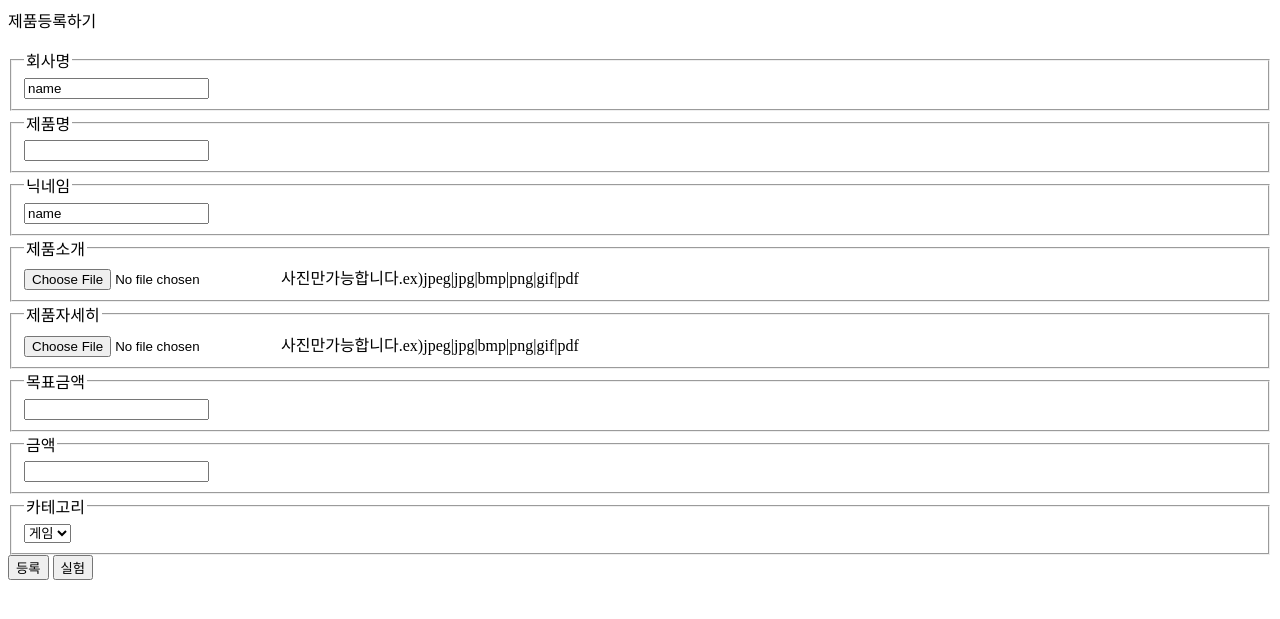
Repository: papahihi/barndus
Page: http://localhost/fundingProj/view/project/projectInsert.jsp
The author's editor kept a copy of each file at every save. The page is drawn from the files as they stood at one save, then again after the next save.
The browser window is 1280 px wide. The pictures show the whole page.
The page is served by Tomcat 9. Other server files are loaded and not shown.

Above is the page before, as saved 2022-09-04 04:02:37.

### fundingTemp/fundingProj/src/main/webapp/view/project/projectInsert.jsp
<%@ page language="java" contentType="text/html; charset=UTF-8"
    pageEncoding="UTF-8"%>
<%@ taglib prefix = "c" uri="http://java.sun.com/jsp/jstl/core" %>
<script type="text/javascript" src="../font/jquery-3.6.0.js"></script>
<script type="text/javascript" src="../font/jquery-ui.min.js"></script>
<script type="text/javascript">
$(function(){

	var titleArea = document.getElementById("title")
	var contentArea = document.getElementById("content")
	var wnameArea = document.getElementById("wname")
	var targetamountArea = document.getElementById("targetamount")
	var priceArea = document.getElementById("price")
var pp = ".*[.](jpeg|jpg|bmp|png|gif|pdf)";
	$("input[type=submit]").click(function() {

			if (titleArea.value == "") {
				alert("제품명을 입력하세요.")
				return false
			}

			if (wnameArea.value == ""&&Pattern.matches(pp, wnameArea.value.toLowerCase())) {

				alert("첨부할 사진을 확인해주세요.")
				return false
			}
			if (contentArea.value == ""&&Pattern.matches(pp, contentArea.value.toLowerCase())) {

				alert("첨부할 사진을 확인해주세요.")
				return false
			}


			if (nickname_Area.value == "") {

				alert("닉네임을 입력하세요.")
				return false
			}


			if (targetamountArea.value == ""){
				alert("목표 금액을 입력해주세요.")
 				return false
 			}
			if (priceArea.value == ""){
				alert("제품 금액을 입력해주세요.")
 				return false
 			}

			return true
		})





})


</script>


<form action="ProjectInsertReg">
	<div class="projectInsert">
		<p class="title">제품등록하기</p>

		<fieldset>
			<legend>회사명</legend>
			<input type="text" value = ${company } name = "company" readonly/>
		</fieldset>

		<fieldset>
			<legend>제품명</legend>
			<input type="text" name = "title"  id="title"/>
		</fieldset>

		<fieldset>
			<legend>닉네임</legend>
			<input type="text" value = ${nickname } name = "nickname" readonly/>
		</fieldset>

		<fieldset>
			<legend>제품소개</legend>
			<input type="file" name = "wname" id = "wname"/>
			<span>사진만가능합니다.ex)jpeg|jpg|bmp|png|gif|pdf</span>
		</fieldset>

		<fieldset>
			<legend>제품자세히</legend>
			<input type="file" name = "content" id= "content"/>
			<span>사진만가능합니다.ex)jpeg|jpg|bmp|png|gif|pdf</span>
		</fieldset>

		<fieldset>
			<legend>목표금액</legend>
			<input type="text" name = "targetamount" id = "targetamount"/>
		</fieldset>

		<fieldset>
			<legend>금액</legend>
			<input type="text" name = "price" id = "price"/>
		</fieldset>

		<fieldset>
			<legend>카테고리</legend>
			<select name= "cat">
				<option value="game">게임</option>
				<option value="bag">가방</option>
				<option value="medicine" >약품</option>
			 </select>
		</fieldset>

		<div class="buttonArea">
			<input type = "submit" value = "등록">
			<input type = "button" value = "실험">
		</div>
	</div>
</form>

Loaded but not shown: fundingTemp/fundingProj/src/main/webapp/font/jquery-3.6.0.js (library); fundingTemp/fundingProj/src/main/webapp/font/jquery-ui.min.js (library)

After the next save:
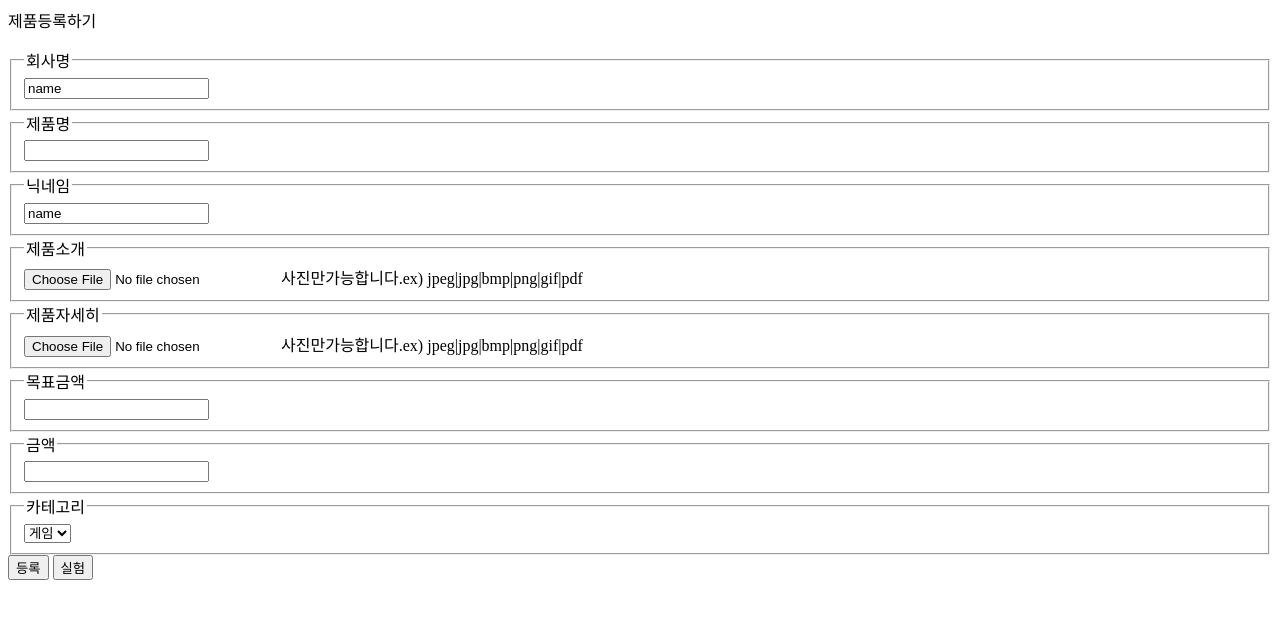
Saved 13 s later.
--- a/fundingTemp/fundingProj/src/main/webapp/view/project/projectInsert.jsp
+++ b/fundingTemp/fundingProj/src/main/webapp/view/project/projectInsert.jsp
@@ -82,13 +82,13 @@ var pp = ".*[.](jpeg|jpg|bmp|png|gif|pdf)";
 		<fieldset>
 			<legend>제품소개</legend>
 			<input type="file" name = "wname" id = "wname"/>
-			<span>사진만가능합니다.ex)jpeg|jpg|bmp|png|gif|pdf</span>
+			<span>사진만가능합니다.ex) jpeg|jpg|bmp|png|gif|pdf</span>
 		</fieldset>
 
 		<fieldset>
 			<legend>제품자세히</legend>
 			<input type="file" name = "content" id= "content"/>
-			<span>사진만가능합니다.ex)jpeg|jpg|bmp|png|gif|pdf</span>
+			<span>사진만가능합니다.ex) jpeg|jpg|bmp|png|gif|pdf</span>
 		</fieldset>
 
 		<fieldset>
